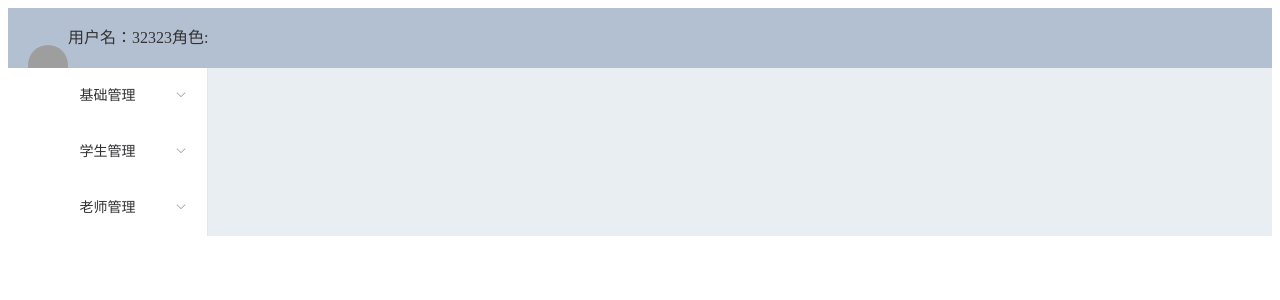
Repository: lwm9704/school-front
Page: /#/home
An editor plug-in stored every save of this project. The page is shown before and after the next save, followed by the edit.
The browser window is 1280 px wide. The pictures show the whole page.
Pictures or frames that could not be fetched are drawn as grey boxes. The project was rebuilt for these pictures with package versions that can differ from the ones it lists, and the page was loaded fresh each time. Also part of the build but not shown: src/view/login.vue.

Above is the page before, as saved 2021-11-15 15:37:40.

### src/main.js
// The Vue build version to load with the `import` command
// (runtime-only or standalone) has been set in webpack.base.conf with an alias.
import Vue from 'vue'
import App from './App'
import router from './router'
import ElementUI from 'element-ui'
import 'element-ui/lib/theme-chalk/index.css'
import Vuex from 'vuex'

Vue.config.productionTip = false
Vue.use(ElementUI)
Vue.use(Vuex)

/* eslint-disable no-new */
new Vue({
  el: '#app',
  router,
  components: { App },
  template: '<App/>'
})

### src/router/index.js

import Vue from 'vue'
import Router from 'vue-router'
import Login from '@/view/login'
import Home from '../view/home'


Vue.use(Router)

export default new Router({
  routes: [
    {
      path: '/',
      redirect: '/login',
    },
    {
      path: '/login',
      name: 'login',
      component: Login
    },
    {
      path: '/home',
      name: 'home',
      component: Home,
      children: [
        {
          path: '/user',
          name: 'user',
          component: () => import('@/view/user')
        },
        {
          path: '/code',
          name: 'code',
          component: () => import('@/view/code')
        },
        {
          path: '/course',
          name: 'course',
          component: () => import('@/view/course')
        },
        {
          path: '/grade',
          name: 'grade',
          component: () => import('@/view/grade')
        },
        {
          path: '/lecture',
          name: 'lecture',
          component: () => import('@/view/lecture')
        },
        {
          path: '/member',
          name: 'member',
          component: () => import('@/view/member')
        },
        {
          path: '/score',
          name: 'score',
          component: () => import('@/view/score')
        },
        {
          path: '/teaching',
          name: 'teaching',
          component: () => import('@/view/teaching')
        }
      ]
    },

  ]
})

### src/view/home.vue
<template>
  <el-container>
    <el-header>
      <div class="header">
        <myHeader></myHeader>
      </div>
    </el-header>
    <el-container>
      <el-aside width="200px" class="Aside">
        <leftMenu></leftMenu>
      </el-aside>
      <el-container>
        <el-main>
          <router-view></router-view>
        </el-main>
      </el-container>
    </el-container>
  </el-container>
</template>
<script>
import req from "../js/home";
import leftMenu from "../components/leftMenu";
import myHeader from "../components/myHeader";
export default {
  components: {
    leftMenu,
    myHeader,
  },

  methods: {
    // handlerSelect(key, path) {
    //   console.log(key, path);
    //   // console.log(this.$route.path)
    //   if (path !== this.$route.path) {
    //     this.$router.replace({ path: path});
    //     // this.$router.push({path: key, query: {}})
    //   }
    //   // this.$router.push({name: key, params: {}})
    //   console.log(key);
    //   console.log(path);
    // },
    //侧边栏的方法
    handleOpen(key, keyPath) {
      console.log(key, keyPath);
    },
    handleClose(key, keyPath) {
      console.log(key, keyPath);
    },
  },
  mounted() {},
};
</script>
<style lang="scss" scoped>
.el-header,
.el-footer {
  background-color: #b3c0d1;
  color: #333;
  text-align: center;
  line-height: 60px;
}

.el-aside {
  background-color: #d3dce6;
  color: #333;
  text-align: center;
  line-height: 200px;
}

.el-main {
  background-color: #e9eef3;
  color: #333;
  text-align: center;
  line-height: 160px;
}

body > .el-container {
  margin-bottom: 40px;
}
</style>

### src/js/home.js
import req from "../fect/rquestConfig";

const config = {
    getUserInfo: {
        url: '/user/selectOfCondition',
        method: 'get'
    },
}
const request = function (funcName, requestParam) {
    return req(config[funcName].url, config[funcName].method, requestParam, {}, config[funcName].fileConfig)
}
export default request

### src/components/leftMenu.vue
<template>
  <div>
    <el-menu class="el-menu-vertical-demo" :default-active="this.$router.path" router @open="handleOpen" @close="handleClose" >
      <el-submenu v-for="(item,index) in menuList" :index="index+''" :key="item.labe" >
        <template slot="title">{{item.labe}}</template>
        <div v-if="item.children">
          <el-menu-item
            v-for="items in item.children"
            :index="items.path"
            :key="items.path"
          >
            <template slot="title">
              {{items.labe}}
              </template>
          </el-menu-item>
        </div>
      </el-submenu>
    </el-menu>
  </div>
</template>

<script>
// import router from 'vue-router'
export default {
  name: "leftMenu",
  props: [],
  data() {
    return {
      menuList: [
        {
          index: '1',
          labe: "基础管理",
          children: [
            {
              index: '1 - 1',
              labe: "编码管理",
              path: "/code"
            },
            {
              index: '1 - 2',
              labe: "用户管理",
              path: "/user"
            },
            {
              index: '1 - 3',
              labe: "班级管理",
              path: "/grade"
            },
            {
              index: '1 - 4',
              labe: "课程管理",
              path: "/course"
            }
          ]
        },
        {
          index: '2',
          labe: "学生管理",
          children: [
            {
              index: '2 - 1',
              labe: "学生家庭成员管理",
              path: "/member"
            },
            {
              index: '2 - 2',
              labe: "考试成绩管理",
              path: "/score"
            }
          ]
        },
        {
          index: '3',
          labe: "老师管理",
          children: [
            {
              index: '3 - 1',
              labe: "教学管理",
              path: "/teaching"
            },
            {
              index: '3 - 2',
              labe: "授课管理",
              path: "/lecture"
            }
          ]
        }
      ]
    };
  },
  methods: {
    // handlerSelect(key, path) {
      // console.log(key,path)
      // if (path !== this.$route.path) {
      //   this.$router.replace({path:'path'});
      //   // this.$router.push({path: key, query: {}})
      // }
      // // this.$router.push({name: key, params: {}})
      // console.log(key);
      // console.log(path);
      // this.$emit('select', key,path);
    // },
    handleOpen(key, keyPath) {
      console.log(key, keyPath);
    },
    handleClose(key, keyPath) {
      console.log(key, keyPath);
    }
  }
};
</script>

<!-- Add "scoped" attribute to limit CSS to this component only -->
<style scoped>
</style>

### src/components/myHeader.vue
<template>
  <div class="myHeader">
    <div class="userInfo">
      <div class="avatar">
        <el-avatar
          src="https://cube.elemecdn.com/0/88/03b0d39583f48206768a7534e55bcpng.png"
        ></el-avatar>
      </div>
      <div class="charInfo">
        <span>用户名：{{userInfo.account}}</span>
        <span>角色:{{userInfo.role}}</span>
      </div>
    </div>
  </div>
</template>
<script>
export default {
  name: "myHeader",
  props: [],
  data() {
    return {
      userInfo: {
        userId: "3232",
        account: "32323",
        role: "",
      },
    };
  },
  methods: {
    getUserInfo() {},
  },
  mounted() {
    this.getUserInfo();
  },
};
</script>
<style lang="scss" scoped>
.userInfo {
    display: flex;
    flex-direction: row;
    .avatar{
      padding-top: 3%;
    }
}
</style>

### src/fect/rquestConfig.js
import axios from 'axios'
import { throwErr } from './throwErr'

// const urlHead = 'http://305o99f251.wicp.vip'
const urlHead = 'http://localhost:9000'
const qs = require('qs')

/**
 *
 * @param {String} url 请求路径
 * @param {String} method 请求方法
 * @param {Object} params 请求参数
 * @param {Object} requestHeader 请求头
 * @param {Object} fileConfig ---> {type, fileName} 导出配置 ---> 导出类型, 文件名称
 */
const req = function (url, method, params, requestHeader, fileConfig = {}) {
    let instance = axios.create({
        baseURL: urlHead,
        timeout: 60000
    })

    // 添加请求拦截器
    instance.interceptors.request.use(config => {
        return config
    }, error => {
        return Promise.reject(error)
    })

    let requestConfig = {
        url: url,
        method: method,
        //将header、params、token复制到目标
        params: Object.assign({}, params, { access_token: JSON.parse(sessionStorage.getItem('userInfo')).access_token }),
        data: qs.stringify(Object.assign({}, params, { access_token: JSON.parse(sessionStorage.getItem('userInfo')).access_token })),
        headers: {},
        responseType: fileConfig.type === 'file' ? 'blob' : ''
    }

    let getReg = /get|GET/
    let postReg = /post|POST/

    let fileData = {}

    let timer = null

    // 请求类型为导出时，添加vuex状态管理，定时修改vuex对应记录，请求完成或者请求报错时，停止定时器
    if (fileConfig.type === 'file') {
        fileData = {
            fileId: new Date().getTime(),
            fileName: fileConfig.fileName,
            fileLoadTime: 0,
            fileStatus: 'downloading',
            errorInfo: '',
            fileUrl: null
        }

    }

    if (getReg.test(requestConfig.method)) {
        delete requestConfig.data
        requestConfig.headers['Content-Type'] = 'application/json'
    } else if (postReg.test(requestConfig.method)) {
        delete requestConfig.params
        requestConfig.headers['Content-Type'] = 'application/x-www-form-urlencoded'
    }

    // 添加响应拦截器
    instance.interceptors.response.use(response => {
        clearInterval(timer)
        timer = null

        if (response.status === 200) {
            if (fileConfig.type === 'file') {
                fileData.fileStatus = 'success'
                fileData.fileUrl = window.URL.createObjectURL(new Blob([response.data]))
                // store.commit('changeExportFileList', fileData)
            }

            return response.data
        } else {
            if (fileConfig.type === 'file') {
                fileData.fileStatus = 'error'
                // store.commit('changeExportFileList', fileData)
            }

            throw new Error(throwErr(response))
        }
    }, error => {
        clearInterval(timer)
        timer = null

        if (fileConfig.type === 'file') {
            fileData.fileStatus = 'error'
            // store.commit('changeExportFileList', fileData)
        }

        return Promise.reject(error)
    })

    return instance(requestConfig)
}

export default req

### src/fect/throwErr.js
// axios错误信息匹配
export const throwErr = (response) => {
    let message = '请求错误'
    switch (response.status) {
        case 400:
            message = '请求错误'
            break
        case 401:
            message = '未授权，请登录'
            break
        case 403:
            message = '拒绝访问'
            break
        case 404:
            message = `请求地址出错: ${response.config.url}`
            break
        case 408:
            message = '请求超时'
            break
        case 500:
            message = '服务器内部错误'
            break
        case 501:
            message = '服务未实现'
            break
        case 502:
            message = '网关错误'
            break
        case 503:
            message = '服务不可用'
            break
        case 504:
            message = '网关超时'
            break
        case 505:
            message = 'HTTP版本不受支持'
            break
        default:
    }
    return '错误码:' + response.status + ' ' + '错误信息:' + message
}

Loaded but not shown: index.html (common file); src/App.vue (common file)

After the next save:
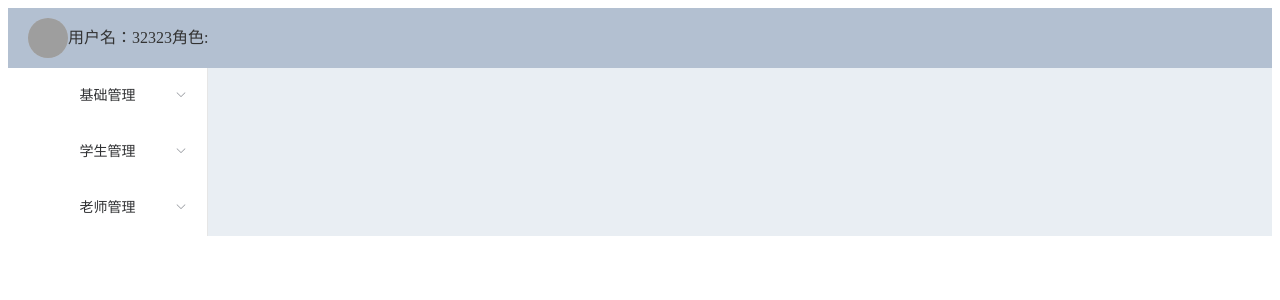
Saved 14 s later.
--- a/src/components/myHeader.vue
+++ b/src/components/myHeader.vue
@@ -39,7 +39,7 @@ export default {
     display: flex;
     flex-direction: row;
     .avatar{
-      padding-top: 3%;
+      padding-top: 10px;
     }
 }
 </style>
